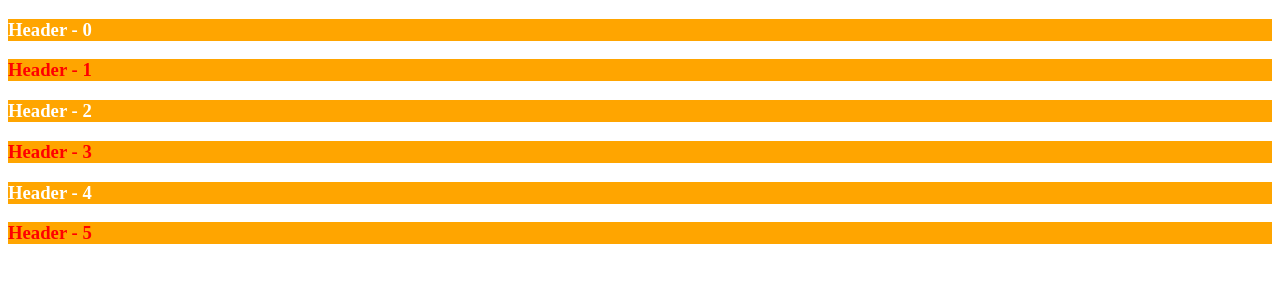
Repository: chlguswns1/web-practice
Page: jQuery/src/main/webapp/02_DOM_Search.html
These files come from the project's save history. The page is drawn as it stood at one moment and after the next save; the edit follows.
The browser window is 1280 px wide. The pictures show the whole page.

Above is the page before, as saved 2023-03-09 05:37:21.

### jQuery/src/main/webapp/02_DOM_Search.html
<!--
	문서 객체 탐색 : 선택자와 관련된 추가 메서드를 살펴보자.
-->
<!DOCTYPE html>
<html>
<head>
<meta charset="UTF-8">
<title>문서 객체 탐색</title>

<script src="./js/jquery-3.6.3.js"></script>
<script type="text/javascript">
/* 1. 기본 필터링 메서드
//   - filter() 메서드 사용 두 가지 형태
//     1) $(selector).filter(selector);
//     2) $(selector).filter(function(index){});


	$(function () {
		//예제 : 홀수번째 속성 변경.
		$('h3:even').css({
			backgroundColor:'black',
			color:'white'
		});

	//filter() 매소드 적용 형태.
		$('h3').filter(':even').css({
			backgroundColor:'black',
			color:'white'
		});
	});

	//filter() 매소드 적용 형태.2
	$('h3').filter(function(index){
		return index % 3 ==0;
	}).css({backgroundColor:'black',
		color:'white'});

	*/
/* 2. 문서 객체 탐색 종료
	// 예제1.
	// 체이닝을 사용해 한 줄로 서로 다른 문서 객체에 스타일 적용 가능

	$(function () {
		$('h3').css('background','orange').filter('even').css('color','red')
	});
	*/
	// 예제2.
	$(function() {
		$('h3').css('background','orange').filter(':even').css('color','white');
		$('h3:odd').css('color','red')
	})

	// 예제3.
	// 체이닝을 이용한 예제2의 표현
	// end() : 문서 객체 선택을 한 단계 뒤로 돌림.



/* 3. 특정 위치의 문서 객체 선택 */
//  - eq(n) : n번째 위치에 존재하는 문서 객체를 선택.
//  - first() : 첫번째 위치하는 문서 객체를 선택.
//  - last() : 마지막에 위치하는 문서 객체를 선택.



/* 4. 문서 객체 추가 선택 */


/* 5. 문서 객체의 특징 판별 */



</script>

</head>
<body>
<!-- -->
	<h3>Header - 0</h3>
	<h3>Header - 1</h3>
	<h3>Header - 2</h3>
	<h3>Header - 3</h3>
	<h3>Header - 4</h3>
	<h3>Header - 5</h3>


<!-- 4. 문서 객체 추가 선택 예시
	<h1>Header - 0</h1>
	<h2>Header - 1</h2>
	<h1>Header - 2</h1>
	<h2>Header - 3</h2>
	<h1>Header - 4</h1>
-->

<!-- 5. 문서 객체의 특징 판별
	<h1 class="select">Header - 0</h1>
	<h1>Header - 1</h1>
	<h1 class="select">Header - 2</h1>
 -->
</body>
</html>

Loaded but not shown: jQuery/src/main/webapp/js/jquery-3.6.3.js (library)

After the next save:
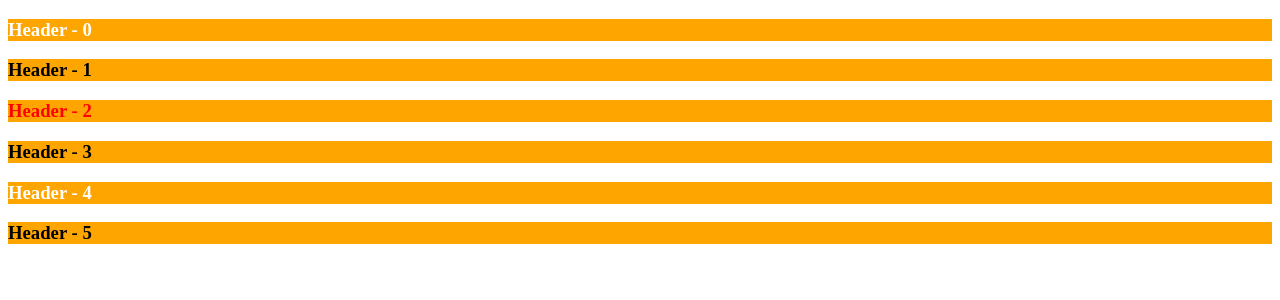
Saved 60 s later.
--- a/jQuery/src/main/webapp/02_DOM_Search.html
+++ b/jQuery/src/main/webapp/02_DOM_Search.html
@@ -46,8 +46,8 @@
 	*/
 	// 예제2.
 	$(function() {
-		$('h3').css('background','orange').filter(':even').css('color','white');
-		$('h3:odd').css('color','red')
+		$('h3').css('background','orange').filter(':even').css('color','white').filter(':odd').css('color','red');
+
 	})
 
 	// 예제3.

After the save that followed:
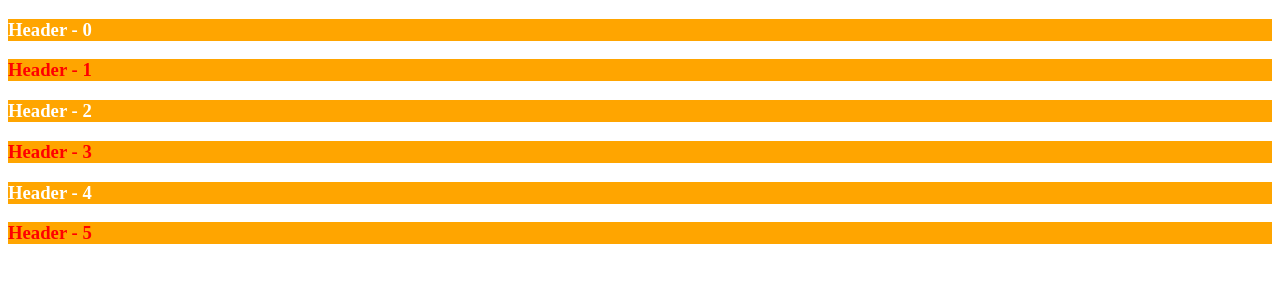
Saved 5 min 59 s later.
--- a/jQuery/src/main/webapp/02_DOM_Search.html
+++ b/jQuery/src/main/webapp/02_DOM_Search.html
@@ -46,8 +46,11 @@
 	*/
 	// 예제2.
 	$(function() {
-		$('h3').css('background','orange').filter(':even').css('color','white').filter(':odd').css('color','red');
-
+		/* $('h3').css('background','orange').filter(':even').css('color','white'
+				).filter(':odd').css('color','red');
+		 */
+		$('h3').css('background','orange').filter(':even').css('color','white'
+		).end().filter(':odd').css('color','red');
 	})
 
 	// 예제3.
